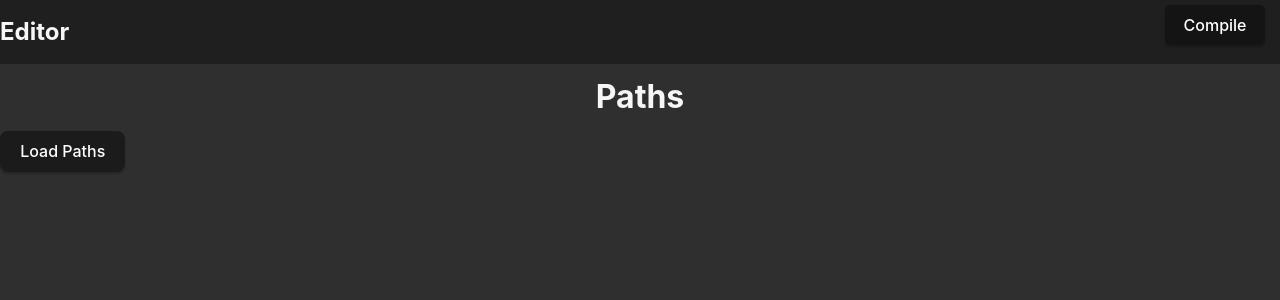
Repository: toasted226/visual-scripting-js
Page: /
These files come from the project's save history. The page is drawn as it stood at one moment and after the next save; the edit follows.
The browser window is 1280 px wide. The pictures show the whole page.
The project was rebuilt for these pictures with package versions that can differ from the ones it lists, and the page was loaded fresh each time. Also part of the build but not shown: vite.config.ts.

Above is the page before, as saved 2023-06-12 19:04:23.

After the next save:
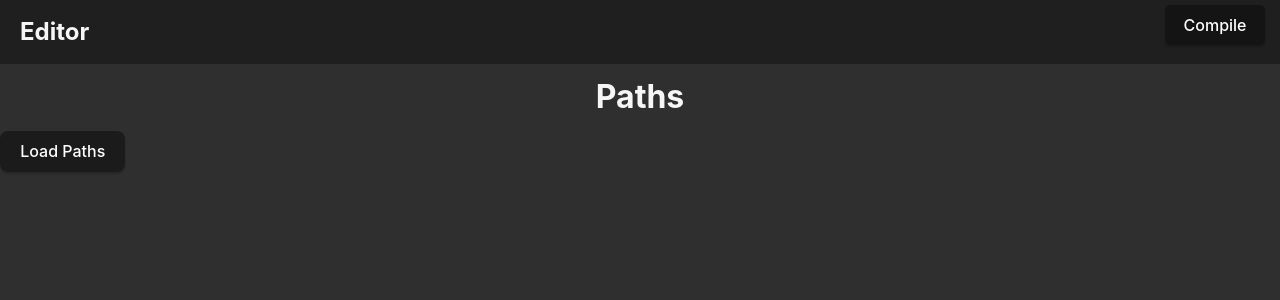
Saved 11 s later.
--- a/src/Navbar.css
+++ b/src/Navbar.css
@@ -1,7 +1,7 @@
 .navbar {
     background-color: #1f1f1f;
     margin: 0;
-    padding: 0 10px 0 0px;
+    padding: 0 10px 0 20px;
     display: flex;
     justify-content: space-between;
 }
